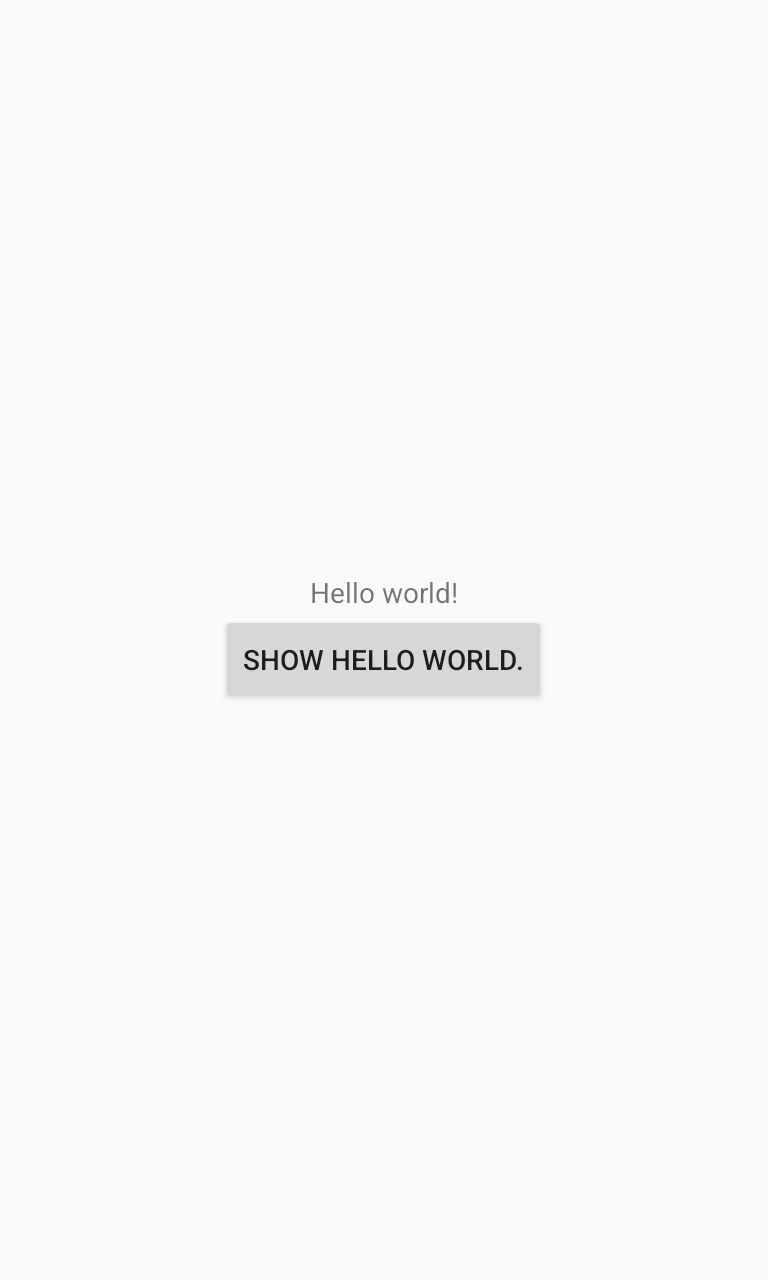
Repository: JoanneCaroll/EventHandling
Layout: EventHandling/res/layout/activity_main.xml
The author's editor kept a copy of each file at every save. The layout is drawn from the files as they stood at one save, then again after the next save.
It is drawn on a 768 x 1280 px phone screen (xhdpi) without system bars, with theme AppTheme; the app's code is not run.

Above is the layout before, as saved 2014-10-28 06:12:45.

### EventHandling/res/layout/activity_main.xml
<LinearLayout xmlns:android="http://schemas.android.com/apk/res/android"
    xmlns:tools="http://schemas.android.com/tools"
    android:layout_width="match_parent"
    android:layout_height="match_parent"
    android:orientation="vertical"
    android:gravity="center">

    <TextView
        android:id="@+id/hello_world"
        android:layout_width="wrap_content"
        android:layout_height="wrap_content"
        android:text="@string/hello_world"
        android:visibility="false"/>
    <Button
        android:id="@+id/showButton"
        android:layout_width="wrap_content"
        android:layout_height="wrap_content"
        android:text="@string/show"/>

</LinearLayout>

### EventHandling/res/values/strings.xml
<?xml version="1.0" encoding="utf-8"?>
<resources>

    <string name="app_name">EventHandling</string>
    <string name="hello_world">Hello world!</string>
    <string name="show">Show Hello World.</string>

</resources>

Loaded but not shown: EventHandling/res/values/styles.xml (common file); EventHandling/res/values-v11/styles.xml (common file); EventHandling/res/values-v14/styles.xml (common file)

After the next save:
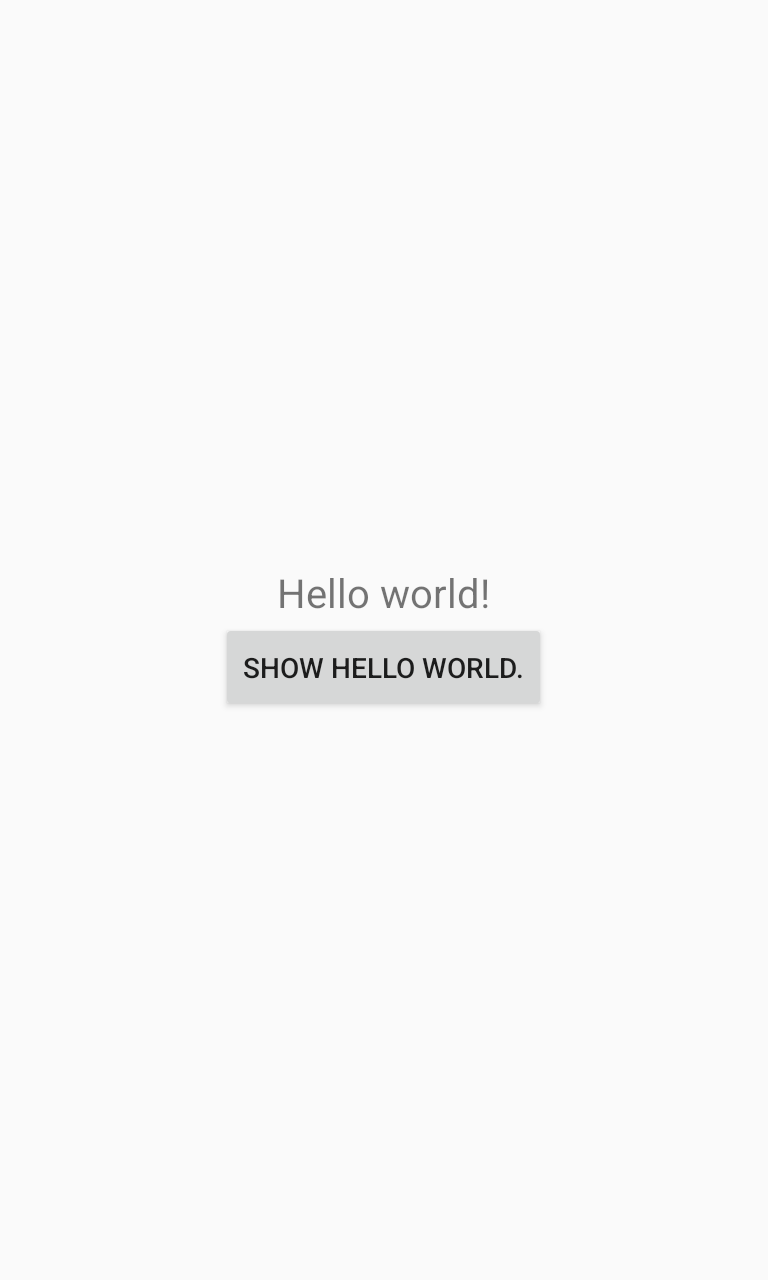
Saved 22 s later.
--- a/EventHandling/res/layout/activity_main.xml
+++ b/EventHandling/res/layout/activity_main.xml
@@ -10,7 +10,8 @@
         android:layout_width="wrap_content"
         android:layout_height="wrap_content"
         android:text="@string/hello_world"
-        android:visibility="false"/>
+        android:visibility="false"
+        android:textSize="20dp"/>
     <Button
         android:id="@+id/showButton"
         android:layout_width="wrap_content"
